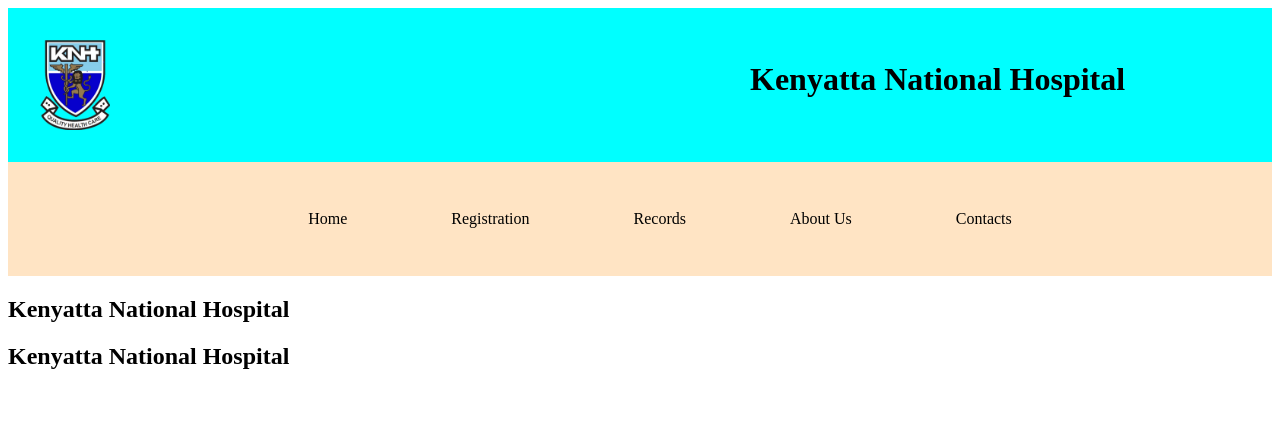
Repository: EphrahimLaanyu123/wsp
Page: index.html
These files come from the project's save history. The page is drawn as it stood at one moment and after the next save; the edit follows.
The browser window is 1280 px wide. The pictures show the whole page.

Above is the page before, as saved 2025-03-13 19:55:07.

### index.html
<!DOCTYPE html>
<html lang="en">
<head>
    <meta charset="UTF-8">
    <meta name="viewport" content="width=device-width, initial-scale=1.0">
    <title>Document</title>
    <link rel="stylesheet" href="styles.css">
</head>
<body>
    <header class="header">
        <img src="/transparent_logo.png" alt="" class="logo">
        <h1 class="header-h1">Kenyatta National Hospital</h1>
    </header>
    <nav class="nav">
        <ul>Home</ul>
        <ul>Registration</ul>
        <ul>Records</ul>
        <ul>About Us</ul>
        <ul>Contacts</ul>
    </nav>
    <section>
        <h1 class="header-h1">Kenyatta National Hospital</h1>

    </section>
    <aside>
        <h1 class="header-h1">Kenyatta National Hospital</h1>

    </aside>

    <script src="script.js"></script>
</body>
</html>

### styles.css
.header {
    padding: 2rem;
    background-color: aqua;
    display: flex;
    gap: 40rem;
}

.logo {
    width: 70px;
    height: 90px;
}

.nav {
    display: flex;
    justify-content: center;
    gap: 4rem;
    padding: 2rem;
    background-color: bisque;
}

Loaded but not shown: script.js (no stored copy; drawn as an empty file)

After the next save:
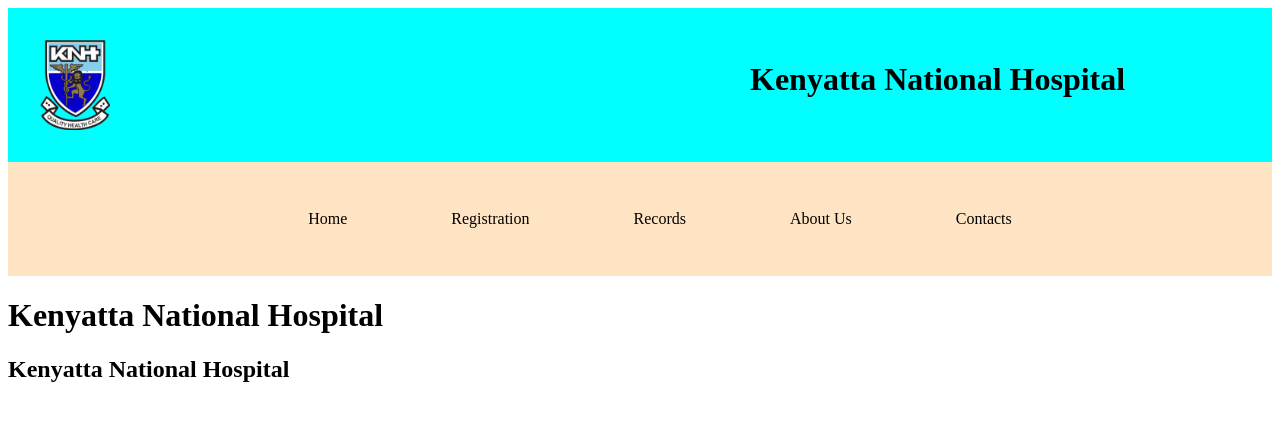
Saved 4 s later.
--- a/index.html
+++ b/index.html
@@ -18,7 +18,7 @@
         <ul>About Us</ul>
         <ul>Contacts</ul>
     </nav>
-    <section>
+    <sectionclass>
         <h1 class="header-h1">Kenyatta National Hospital</h1>
 
     </section>

After the save that followed:
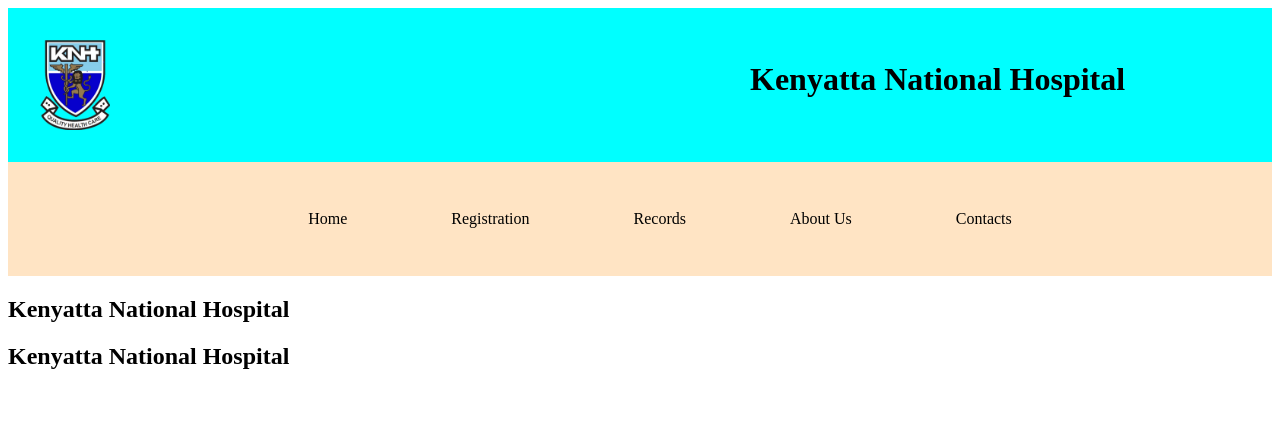
Saved 5 s later.
--- a/index.html
+++ b/index.html
@@ -18,7 +18,7 @@
         <ul>About Us</ul>
         <ul>Contacts</ul>
     </nav>
-    <sectionclass>
+    <section class="section">
         <h1 class="header-h1">Kenyatta National Hospital</h1>
 
     </section>
